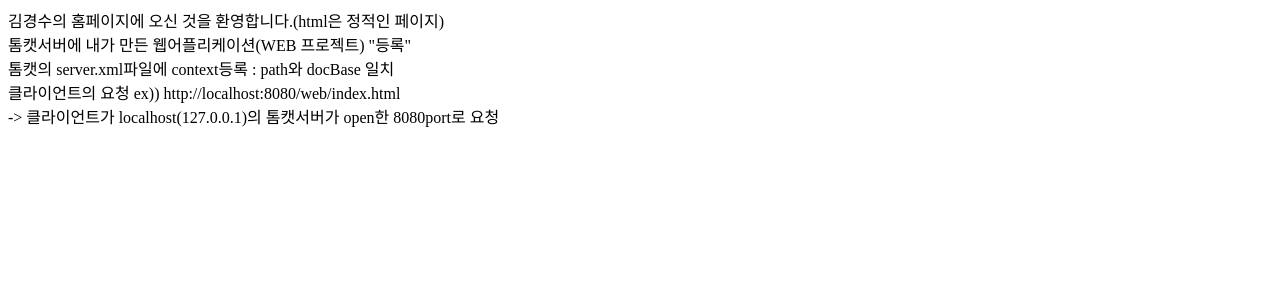
Repository: ainokks071/ServletJSP
Page: WEB/webapp/index.html
An editor plug-in stored every save of this project. The page is shown before and after the next save, followed by the edit.
The browser window is 1280 px wide. The pictures show the whole page.

Above is the page before, as saved 2023-08-01 08:09:58.

After the next save:
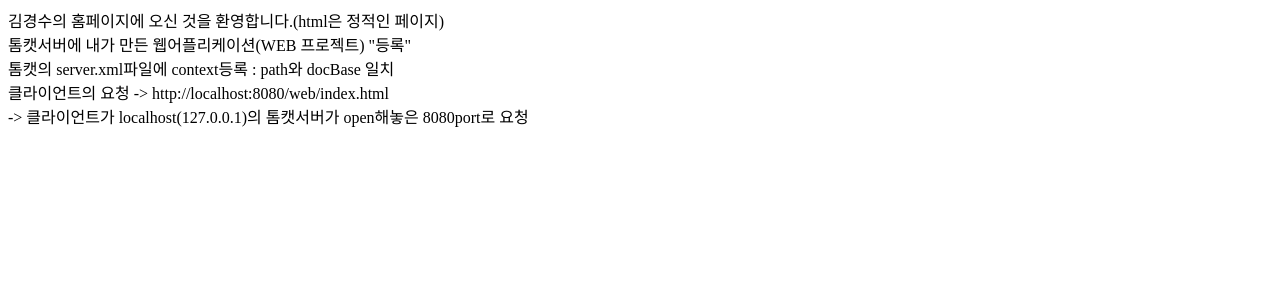
Saved 78 s later.
--- a/WEB/webapp/index.html
+++ b/WEB/webapp/index.html
@@ -10,8 +10,8 @@
 톰캣서버에 내가 만든 웹어플리케이션(WEB 프로젝트) "등록" <br>
 톰캣의 server.xml파일에 context등록 : path와 docBase 일치 <br>
 <!-- <Context path="/web" docBase="/Users/kks/dev-study/ServletJSP/WEB/webapp"></Context> -->
-클라이언트의 요청 ex)) http://localhost:8080/web/index.html <br>
--> 클라이언트가 localhost(127.0.0.1)의 톰캣서버가 open한 8080port로 요청<br>
+클라이언트의 요청 -> http://localhost:8080/web/index.html <br>
+-> 클라이언트가 localhost(127.0.0.1)의 톰캣서버가 open해놓은 8080port로 요청<br>
 
 </body>
 </html>
